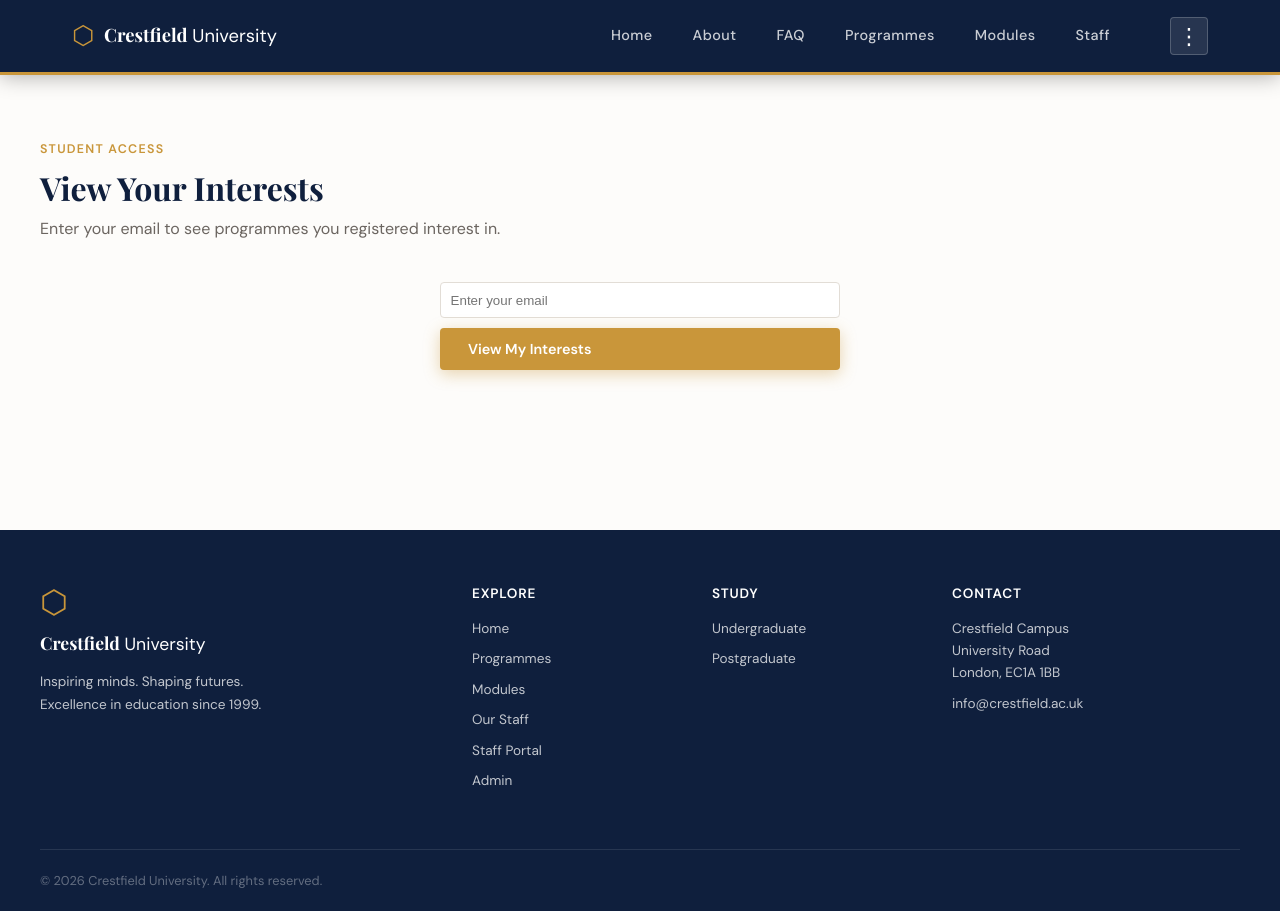
Repository: dowrinprity-blip/Web-Project
Page: http://localhost/University/my-interests.php
The author's editor kept a copy of each file at every save. The page is drawn from the files as they stood at one save, then again after the next save.
The browser window is 1280 px wide. The pictures show the whole page.
The page is run by PHP 8.4 with error messages shown; the project is at /var/www/html/.

Above is the page before, as saved 2026-03-25 19:25:19.

After the next save:
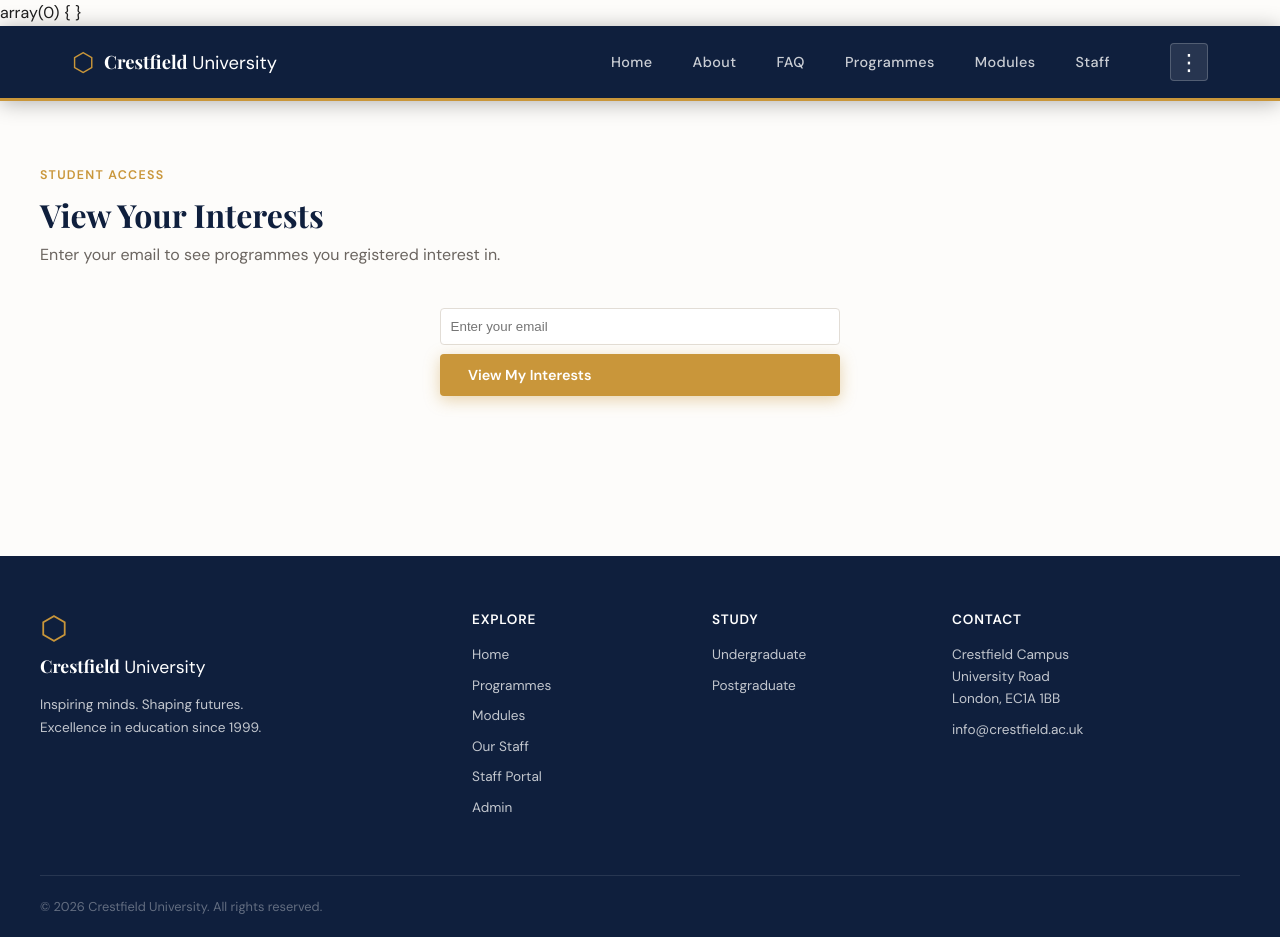
Saved 39 s later.
--- a/my-interests.php
+++ b/my-interests.php
@@ -1,4 +1,7 @@
 <?php
+
+var_dump($_POST);
+
 require_once 'includes/db.php';
 include 'includes/header.php';
 

After the 4 saves that followed:
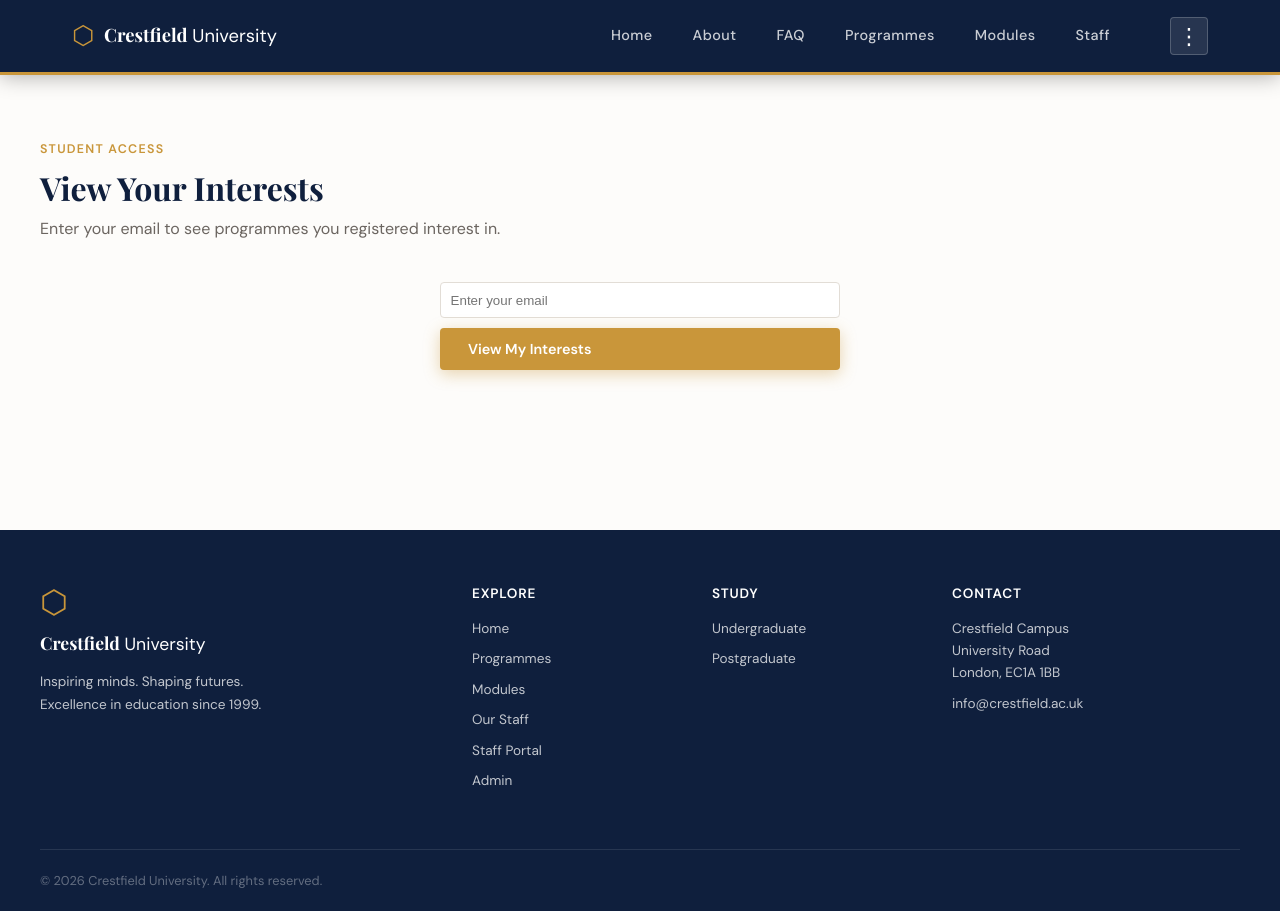
The 4 saves are shown as one change because 3 left the picture as it was.
The last was saved 102 s later.
--- a/my-interests.php
+++ b/my-interests.php
@@ -1,6 +1,6 @@
 <?php
 
-var_dump($_POST);
+
 
 require_once 'includes/db.php';
 include 'includes/header.php';
@@ -18,6 +18,11 @@
             ORDER BY i.RegisteredAt DESC";
 
     $result = $conn->query($sql);
+$result = $conn->query($sql);
+
+if(!$result) {
+    die("Query failed: " . $conn->error);
+}
 
     if ($result && $result->num_rows > 0) {
         while ($row = $result->fetch_assoc()) {
